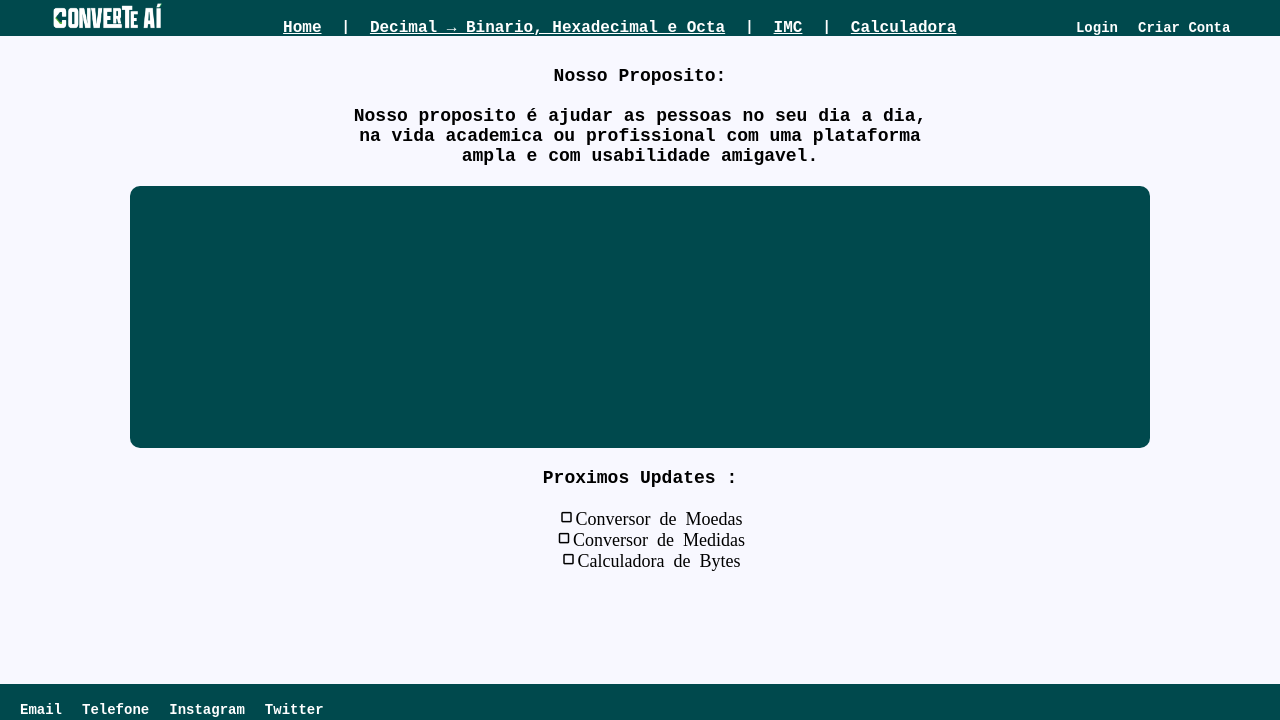
Repository: Frav1u/converteai
Page: ConverteAi/src/main/webapp/home.html
An editor plug-in stored every save of this project. The page is shown before and after the next save, followed by the edit.
The browser window is 1280 px wide. The pictures show the whole page.
Some web fonts or font styles are not loaded; a fallback is used.

Above is the page before, as saved 2023-10-01 20:15:16.

After the next save:
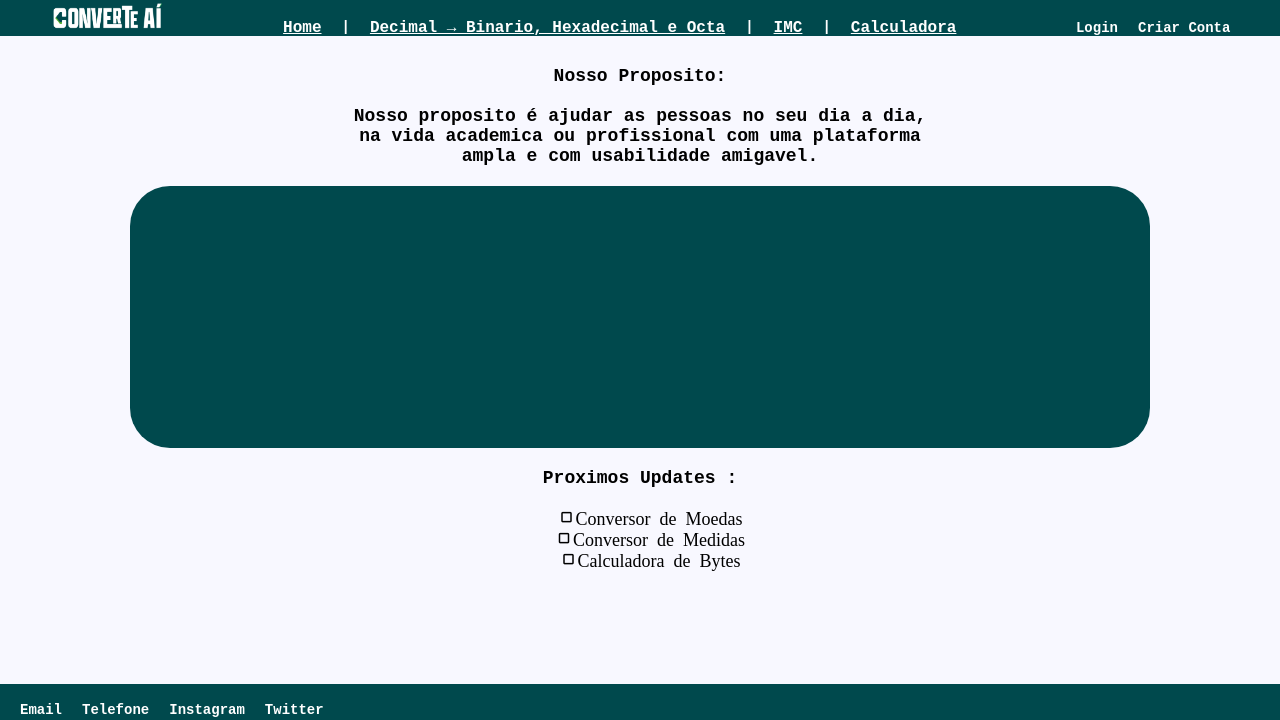
Saved 2 min 15 s later.
--- a/ConverteAi/src/main/webapp/stylehome2.css
+++ b/ConverteAi/src/main/webapp/stylehome2.css
@@ -106,7 +106,7 @@ footer{
 	background-color: hsl(183, 100%, 15%);
 	width: 1020px;
 	margin: auto;
-	border-radius: 10px;
+	border-radius: 40px;
 }
 
 h2{
